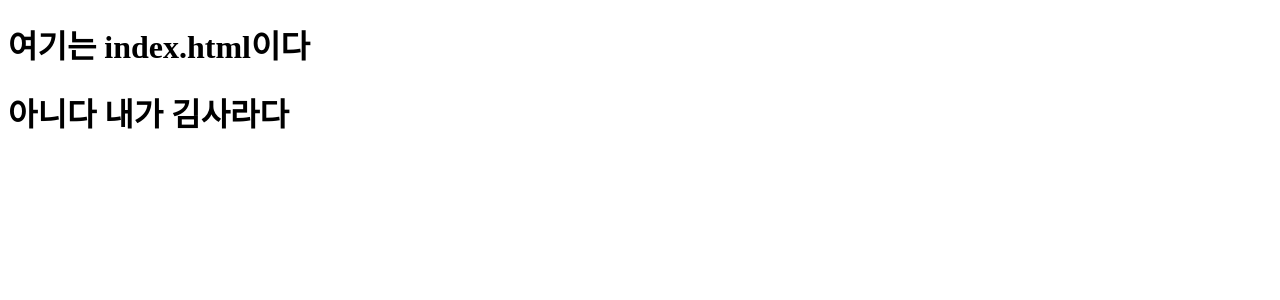
Repository: Yuram-Park/acorn_study
Page: ServletTest3/src/main/webapp/index.html
An editor plug-in stored every save of this project. The page is shown before and after the next save, followed by the edit.
The browser window is 1280 px wide. The pictures show the whole page.

Above is the page before, as saved 2023-09-14 02:59:36.

### ServletTest3/src/main/webapp/index.html
<!DOCTYPE html>
<html>
<head>
<meta charset="UTF-8">
<title>Insert title here</title>
</head>
<body>
	<h1>여기는 index.html이다</h1>
	<h1>아니다 내가 김사라다</h1>
</body>
</html>

After the next save:
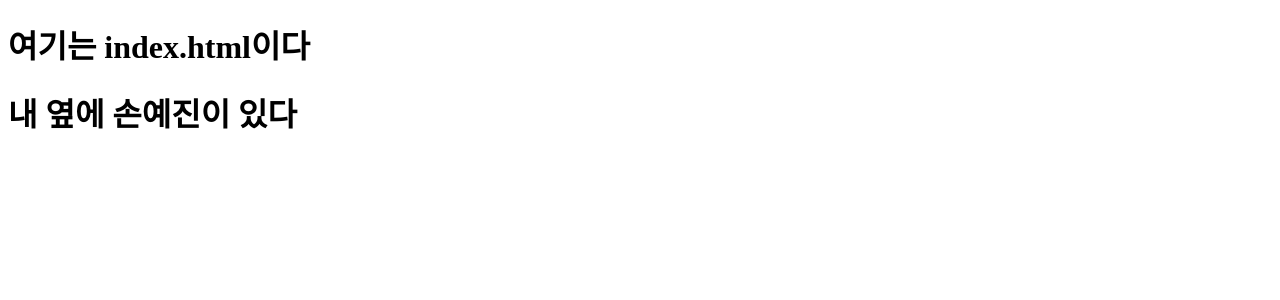
Saved 2 min 15 s later.
--- a/ServletTest3/src/main/webapp/index.html
+++ b/ServletTest3/src/main/webapp/index.html
@@ -6,6 +6,6 @@
 </head>
 <body>
 	<h1>여기는 index.html이다</h1>
-	<h1>아니다 내가 김사라다</h1>
+	<h1>내 옆에 손예진이 있다</h1>
 </body>
 </html>
